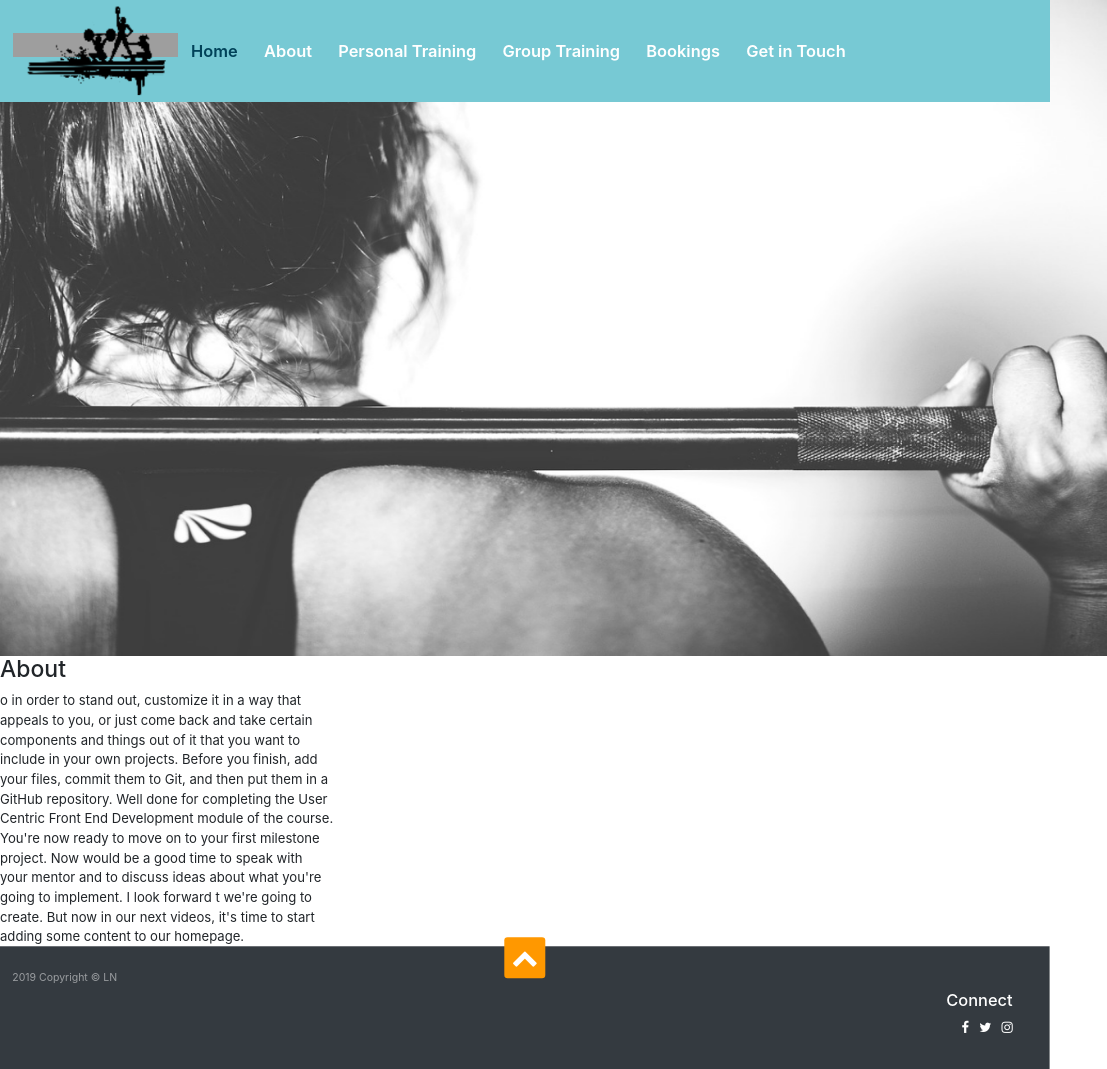
Repository: murphya14/Fitness-webpage
Page: index.html
The author's editor kept a record of every edit. The page is drawn from the files as they stood at one moment, then again after the next edit.
The browser window is 1280 px wide. The page is 1350 px wide, so the pictures cover 1350 px, including what lies to the right of the window. The pictures show the whole page, at 82% of full size.
Pictures or frames that could not be fetched are drawn as grey boxes.

Above is the page before.

After the next edit:
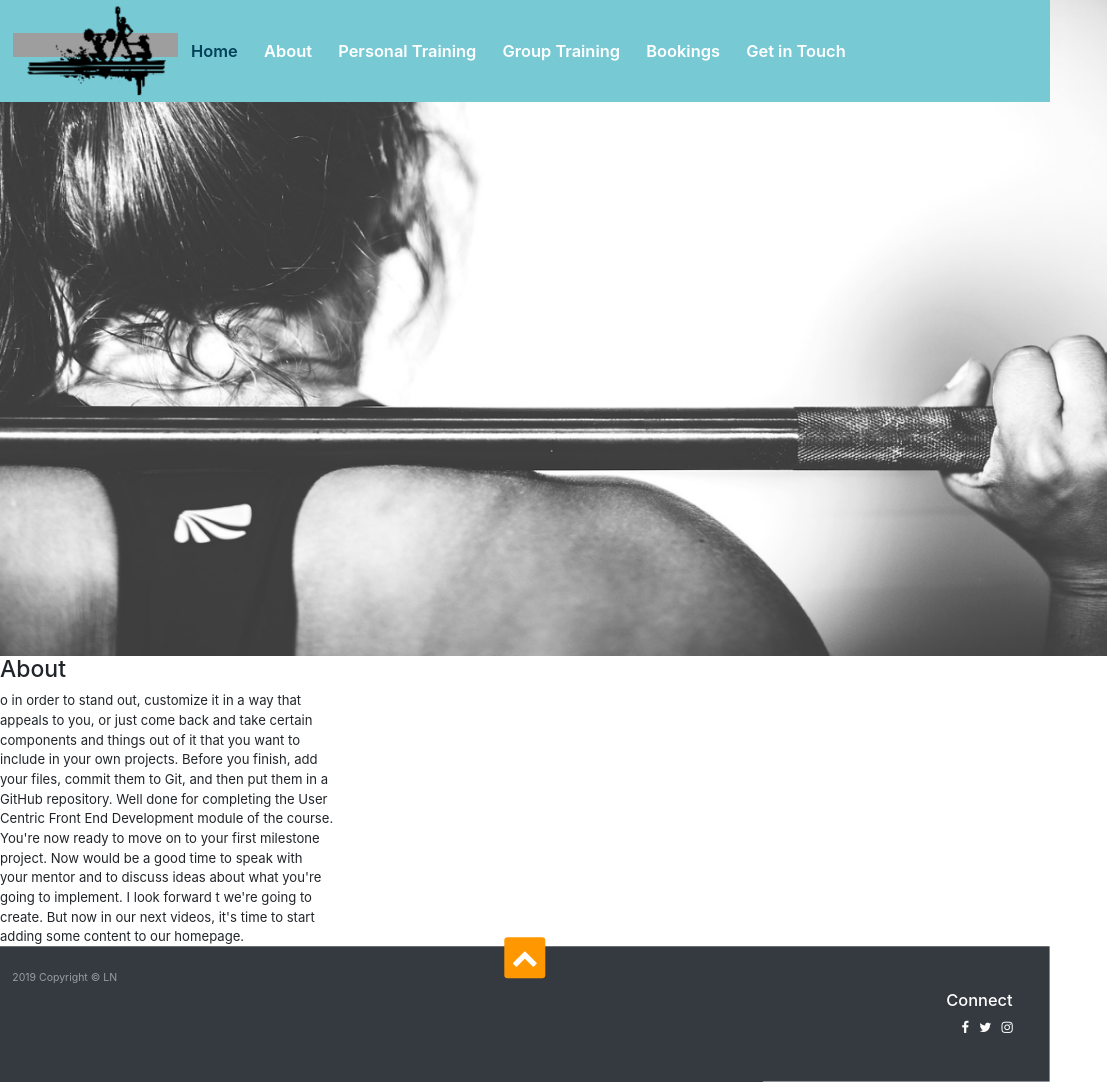
The edit:
--- a/assets/css/style.css
+++ b/assets/css/style.css
@@ -145,8 +145,9 @@
 .footer-link
 {color: white;
 text-align: right;
-  position
+
     float: none;
+    padding-bottom: 15px;
     padding-right: 30px;
     padding-top:30px;
     font-size:33;
